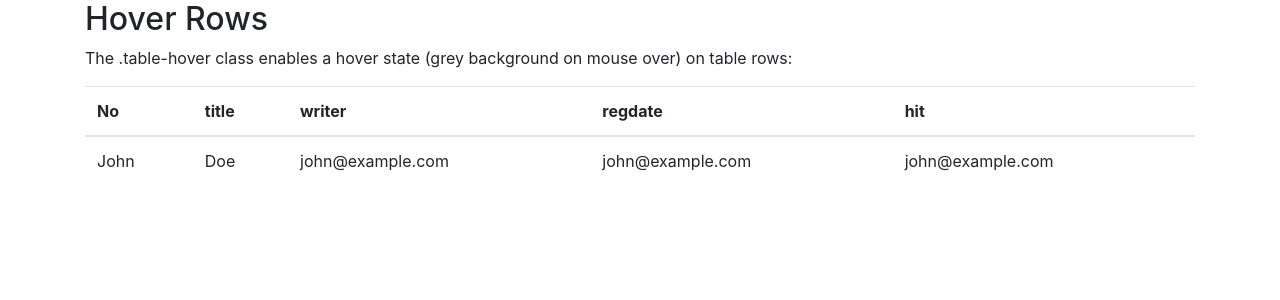
Repository: mijeon/egove_workspace
Page: http://localhost/commentBoard/board/list.jsp
These files come from the project's save history. The page is drawn as it stood at one moment and after the next save; the edit follows.
The browser window is 1280 px wide. The pictures show the whole page.
The page is served by Tomcat 9. Other server files are loaded and not shown.

Above is the page before, as saved 2023-06-17 07:48:02.

### commentBoard/WebContent/board/list.jsp
<%@ page contentType="text/html; charset=UTF-8"%>
<!DOCTYPE html>
<html lang="en">
<head>
<title>Bootstrap Example</title>
<meta charset="utf-8">
<meta name="viewport" content="width=device-width, initial-scale=1">
<link rel="stylesheet"
	href="https://cdn.jsdelivr.net/npm/bootstrap@4.6.2/dist/css/bootstrap.min.css">
<script
	src="https://cdn.jsdelivr.net/npm/jquery@3.6.4/dist/jquery.slim.min.js"></script>
<script
	src="https://cdn.jsdelivr.net/npm/popper.js@1.16.1/dist/umd/popper.min.js"></script>
<script
	src="https://cdn.jsdelivr.net/npm/bootstrap@4.6.2/dist/js/bootstrap.bundle.min.js"></script>
</head>
<body>

	<div class="container">
		<h2>Hover Rows</h2>
		<p>The .table-hover class enables a hover state (grey background
			on mouse over) on table rows:</p>
		<table class="table table-hover">
			<thead>
				<tr>
					<th>No</th>
					<th>title</th>
					<th>writer</th>
					<th>regdate</th>
					<th>hit</th>
				</tr>
			</thead>
			<tbody>
				<tr>
					<td>John</td>
					<td>Doe</td>
					<td>john@example.com</td>
					<td>john@example.com</td>
					<td>john@example.com</td>
				</tr>
			</tbody>
		</table>
	</div>

</body>
</html>

After the next save:
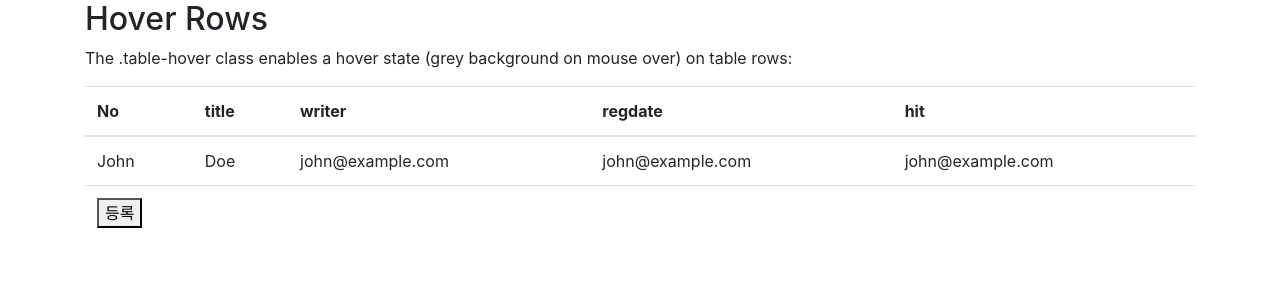
Saved 86 s later.
--- a/commentBoard/WebContent/board/list.jsp
+++ b/commentBoard/WebContent/board/list.jsp
@@ -38,6 +38,12 @@
 					<td>john@example.com</td>
 					<td>john@example.com</td>
 				</tr>
+
+				<tr>
+					<td colspan="5">
+					<button>등록</button>
+					</td>
+				</tr>
 			</tbody>
 		</table>
 	</div>
